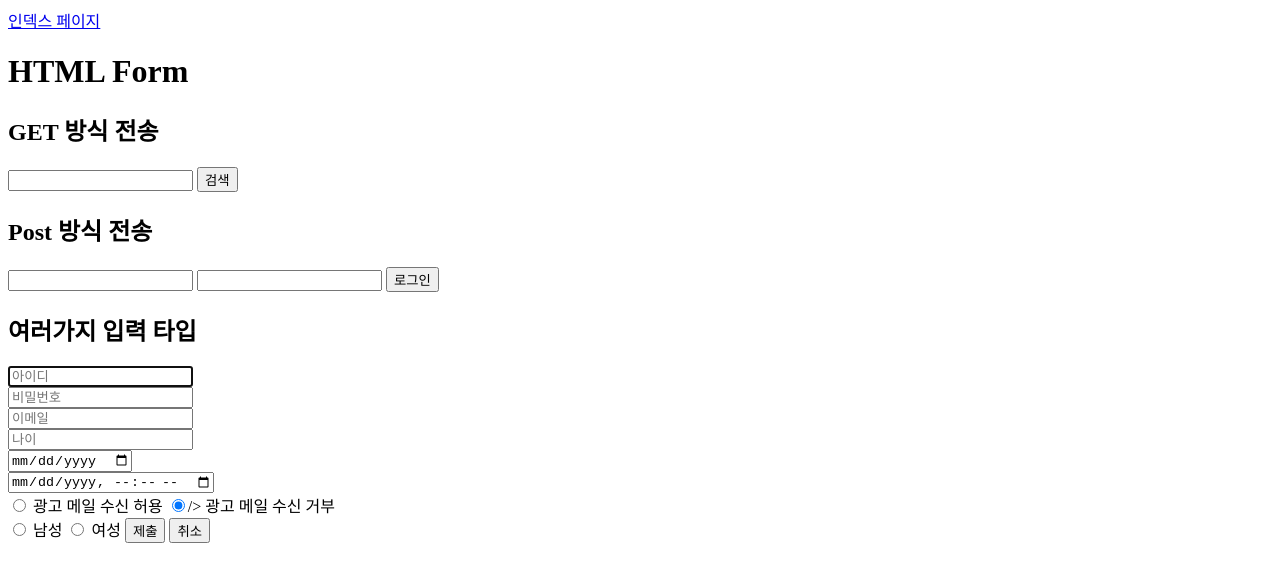
Repository: Sid0130/HTML
Page: lab-web/lab01_html/src/main/webapp/form.html
The author's editor kept a copy of each file at every save. The page is drawn from the files as they stood at one save, then again after the next save.
The browser window is 1280 px wide. The pictures show the whole page.

Above is the page before, as saved 2024-12-04 05:02:02.

After the next save:
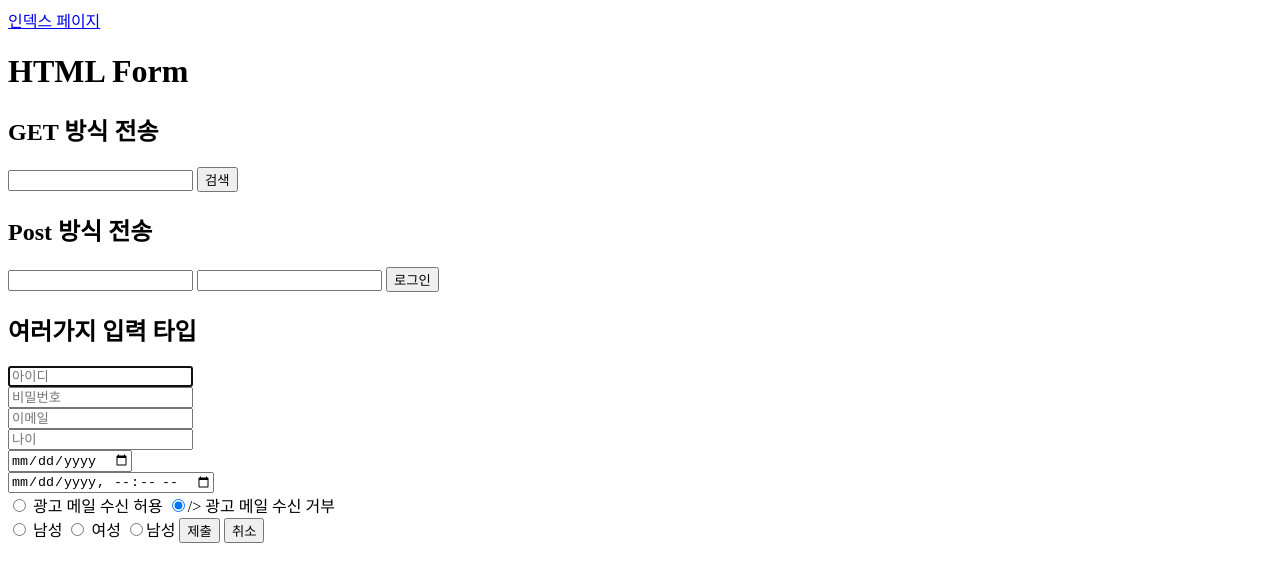
Saved 27 s later.
--- a/lab-web/lab01_html/src/main/webapp/form.html
+++ b/lab-web/lab01_html/src/main/webapp/form.html
@@ -62,8 +62,11 @@
             <br/>
             <input type="radio" name="gender" value="M" id="rbMale"/>
             <label for="rbMale">남성</label>
-            <input type="radio" name="gender" value="F" id="rbMale"/>
+            <input type="radio" name="gender" value="F" id="rbFMale"/>
             <label for="rbMale">여성</label>
+
+            <input type="radio" name="gender" value="U" id="rbUnknow/>
+            <label for="rbMale">남성</label>
             <input type="submit" value="제출"/> <!-- 클라이언트가 서버로 양식 데이터를 제출 -->
             <input type="reset" value="취소"/> <!--클라이언트가 양식 데이터를 초기화 -->
             <!--UTF8 모든 특수기호는 인코딩한 다음에 보내주는 것 -->
